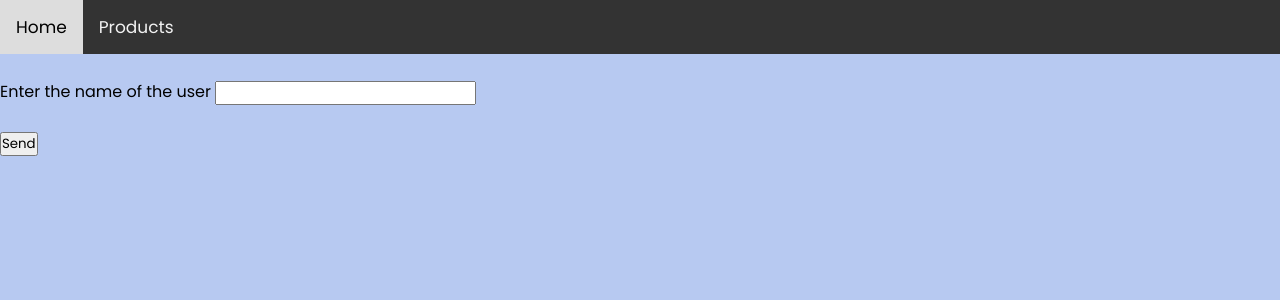
Repository: ibrar-uzair/Node-Course
Page: http://localhost/
These files come from the project's save history. The page is drawn as it stood at one moment and after the next save; the edit follows.
The browser window is 1280 px wide. The pictures show the whole page.
The page is served by the project's Node server (play.js). Other server files are loaded and not shown.

Above is the page before, as saved 2021-11-17 10:28:26.

### views/add-product.html
<!DOCTYPE html>
<html lang="en">
<head>
    <meta charset="UTF-8">
    <meta http-equiv="X-UA-Compatible" content="IE=edge">
    <meta name="viewport" content="width=device-width, initial-scale=1.0">
    <title>Document</title>
    <link rel="stylesheet" href="/css/styles.css">
    <link type="text/css" href="/css/products.css" rel="stylesheet">


</head>

<body>

    <header>
        <div class="topnav">
            <a href="/">Home</a>
            <a href="/show-all/">Products</a>
        </div>
    </header>
    <br>

    <container>
        <form action="/add-user" method="POST">
            <label>
                Enter the name of the user
            </label>
            <input type="text" name="name"></input><br>
            <br>
            <button>Send</button>
        </form>
    </container>

</body>
</html>

### play.js

const path=require('path');

const http=require('http');
const { parse } = require('path/posix');

const express=require('express');
const bodyParser = require('body-parser');

const app=express();

app.use(bodyParser.urlencoded({extended:false}))
app.use(express.static(path.join(__dirname, 'public')));

const adminRoutes=require('./routes/admin')
const shopRoutes=require('./routes/shop')

app.use(shopRoutes);
app.use(adminRoutes.router);

app.use((req,res,next)=>{
    res.status(404).sendFile(path.join(__dirname,'views','pagenotfound.html'))
})

console.log("Server is listening on port 3000");
app.listen(3000);

### public/css/styles.css
.topnav {
    background-color: #333;
    overflow: hidden;
}

.topnav a {
    float: left;
    color: #f2f2f2;
    text-align: center;
    padding: 14px 16px;
    text-decoration: none;
    font-size: 17px;
}

.topnav a:hover {
    background-color: #ddd;
    color: black;
}

.topnav a.active {
background-color: #04AA6D;
color: white;
}

### public/css/products.css
@import url('https://fonts.googleapis.com/css?family=Poppins:400,500,600,700&display=swap');
*{
  margin: 0;
  padding: 0;
  box-sizing: border-box;
  font-family: 'Poppins', sans-serif;
}
html,body{
  /* display: grid;
  height: 100%;
  place-items: center; */
  background: #b7c9f1;
  width: 100%;
  transition: background 0.3s ease;
}
.container{
  position: relative;
  height: 500px;
  width: 380px;
  background: #fff;
  overflow: hidden;
  box-shadow: 0 0 8px 0 rgba(0,0,0,0.2);
  transition: all 0.3s ease;
  display: block;
  margin-left: auto;
  margin-right: auto
}
.container:hover{
  box-shadow: 0 0 15px 0 rgba(0,0,0,0.2);
}
.container .image{
  position: absolute;
  top: 0;
  left: 0;
  width: 100%;
  height: 100%;
}
.container .image img{
  height: 100%;
  width: 100%;
  object-fit: cover;
  transition: all 0.3s ease;
}
.container:hover .image img{
  transform: scale(1.1);
}
.container .card-content{
  position: relative;
  height: 100%;
  width: 100%;
}
.card-content .wrapper{
  position: absolute;
  bottom: -100%;
  width: 100%;
  background: #fff;
  padding: 10px 25px;
  box-shadow: -1px -1px 6px rgba(0,0,0,0.1);
  transition: bottom 0.3s ease;
}
.container:hover .card-content .wrapper{
  bottom: 0px;
}
.wrapper .title{
  font-size: 22px;
  font-weight: 500;
}
.wrapper p{
  font-size: 17px;
  color: grey;
}
.wrapper .price{
  position: absolute;
  top: 10px;
  right: 30px;
  font-size: 23px;
  font-weight: 600;
  color: #456ABD;
}
.wrapper .content{
  margin: 10px 0;
}
.wrapper .content .name{
  font-size: 15px;
  text-transform: uppercase;
  font-weight: 500;
}
.wrapper .content .size-value{
  width: 50%;
  display: flex;
  margin: 5px 0;
  justify-content: space-between;
}
.content .size-value span{
  display: block;
  height: 28px;
  width: 28px;
  text-align: center;
  line-height: 28px;
  border-radius: 50%;
  font-size: 15px;
  font-weight: 500;
  cursor: pointer;
  color: #456ABD;
}
.content .size-value span.active{
  background: #456ABD;
  color: #fff;
}
.content .colour-value{
  width: 30%;
  display: flex;
  margin: 10px 0;
  justify-content: space-between;
}
.content .colour-value span{
  height: 18px;
  width: 18px;
  border-radius: 50%;
  color: #fff;
  cursor: pointer;
  position: relative;
}
.content .colour-value span.white{
  background: lightgrey;
}
.content .colour-value span.blue{
  background: #456ABD;
}
.content .colour-value span.yellow{
  background: #EAA523;
}
.content .colour-value span.active:after{
  position: absolute;
  content: "";
  height: 26px;
  width: 26px;
  left: -4px;
  top: -4px;
  box-sizing: border-box;
  border: 2px solid #456ABD;
  border-radius: 50%;
}
.content .colour-value span.white.active:after{
  border-color: lightgrey;
}
.content .colour-value span.yellow.active:after{
  border-color: #EAA523;
}
.wrapper .btns{
  display: flex;
  height: 80px;
  width: 100%;
  align-items: center;
  justify-content: center;
}
.wrapper .btns button{
  height: 40px;
  width: 100%;
  margin: 0 10px;
  border: 2px solid #456ABD;
  background: #456ABD;
  outline: none;
  color: #fff;
  font-size: 15px;
  font-weight: 500;
  text-transform: uppercase;
  cursor: pointer;
}

After the next save:
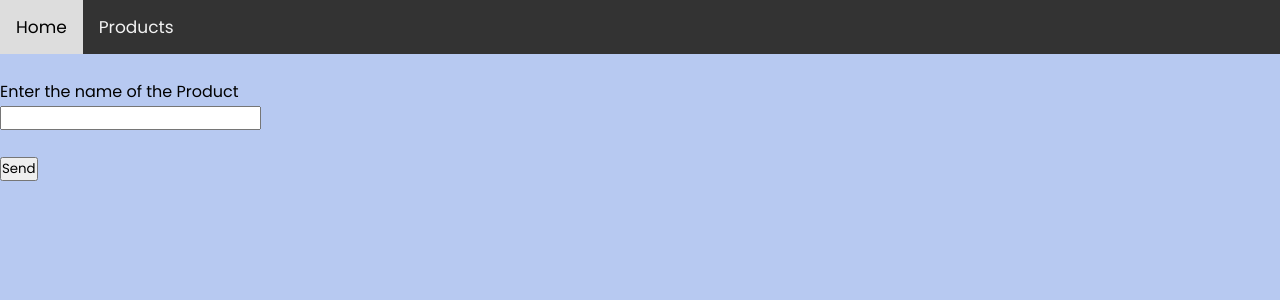
Saved 57 s later.
--- a/views/add-product.html
+++ b/views/add-product.html
@@ -7,7 +7,6 @@
     <title>Document</title>
     <link rel="stylesheet" href="/css/styles.css">
     <link type="text/css" href="/css/products.css" rel="stylesheet">
-
 
 </head>
 
@@ -24,8 +23,9 @@
     <container>
         <form action="/add-user" method="POST">
             <label>
-                Enter the name of the user
+                Enter the name of the Product
             </label>
+            <br>
             <input type="text" name="name"></input><br>
             <br>
             <button>Send</button>
